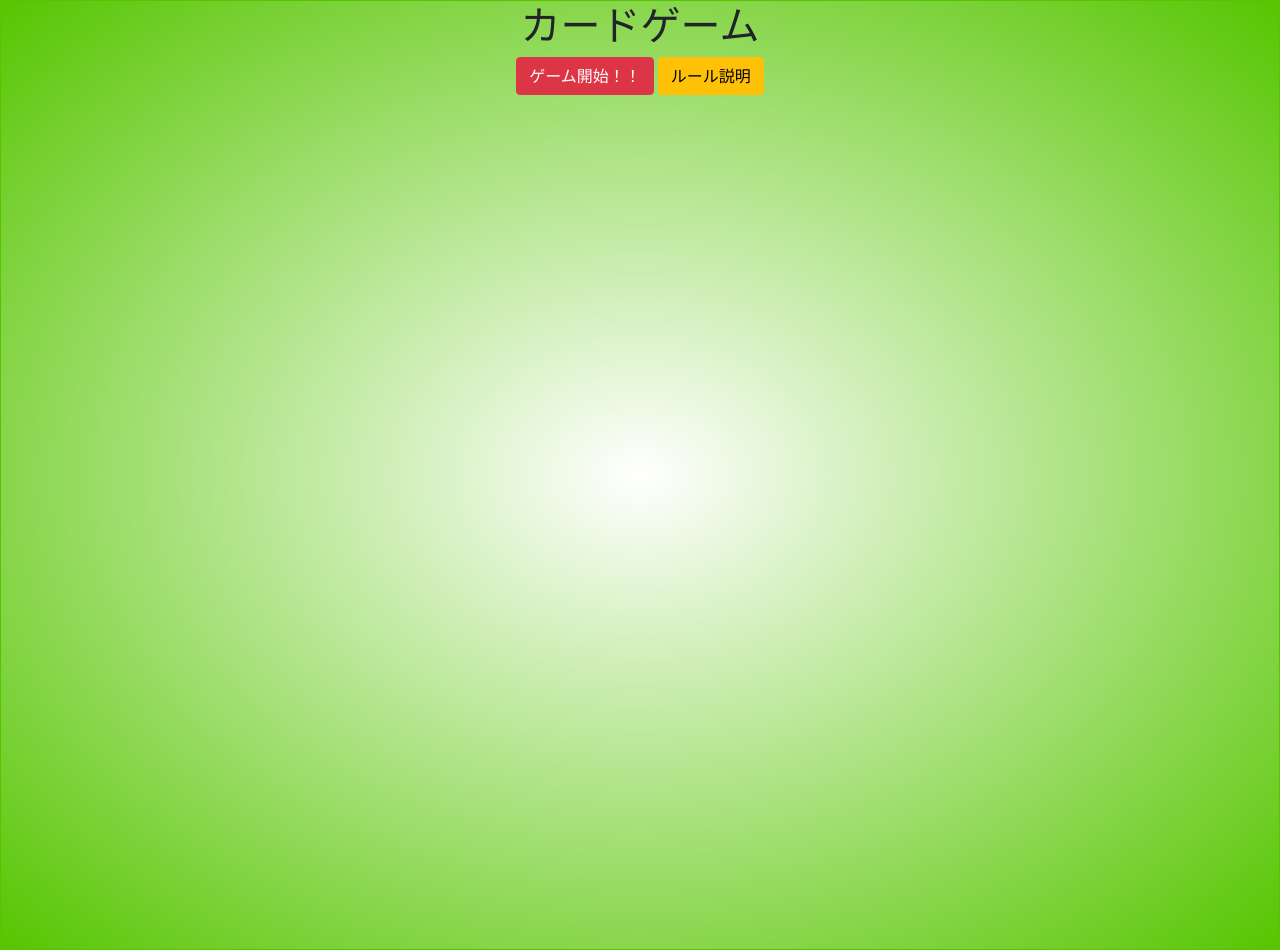
Repository: e1b21074/field_arena
Page: .log/field_arena/src/main/resources/static/index.html
The author's editor kept a copy of each file at every save. The page is drawn from the files as they stood at one save, then again after the next save.
The browser window is 1280 px wide. The pictures show the whole page.

Above is the page before, as saved 2024-01-06 00:16:26.

After the next save:
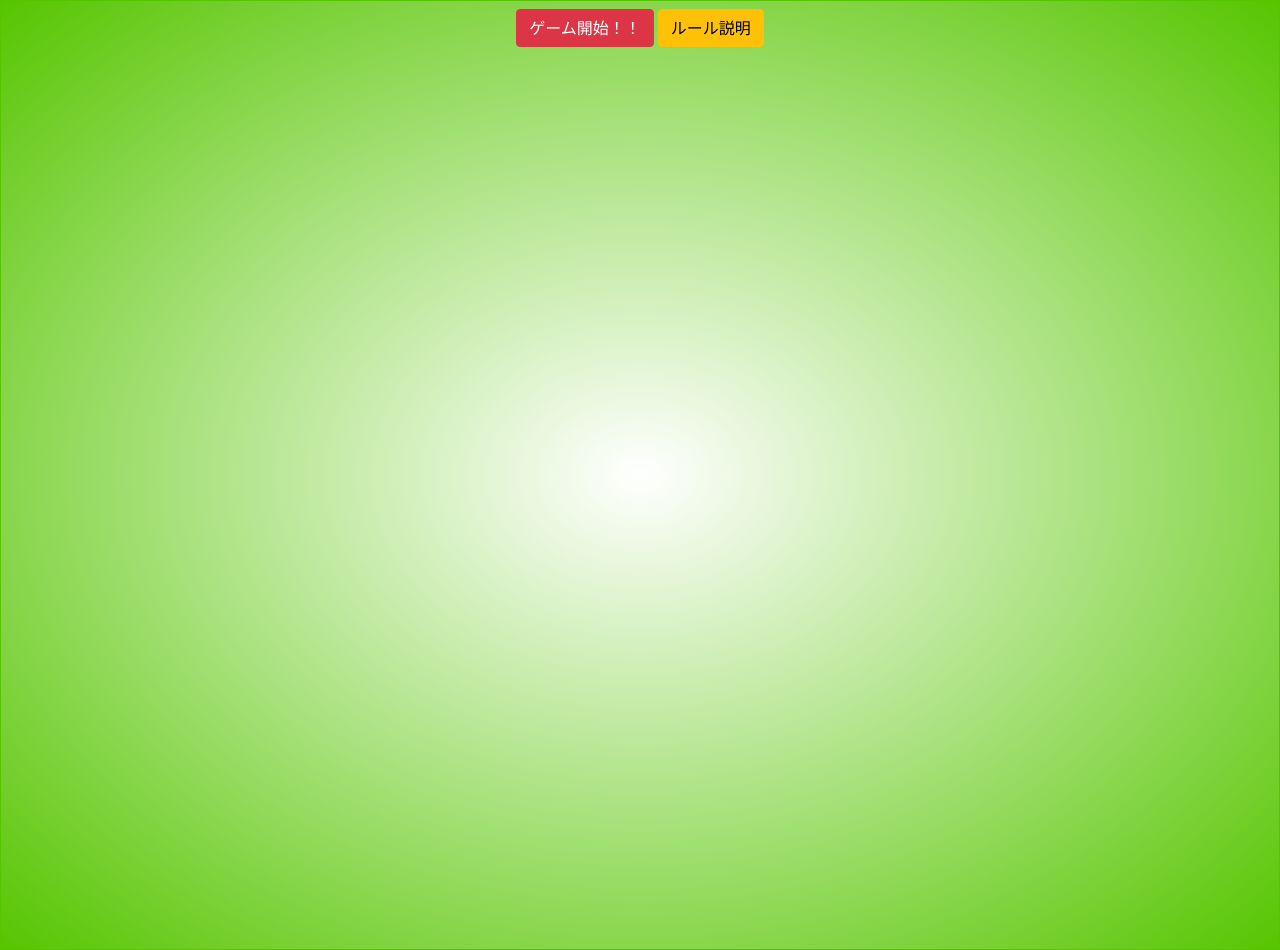
Saved 3 days later.
--- a/.log/field_arena/src/main/resources/static/index.html
+++ b/.log/field_arena/src/main/resources/static/index.html
@@ -21,7 +21,7 @@
 
 <body class="gradient">
   <center>
-    <h1>カードゲーム</h1>
+    <h1></h1>
     <button type="button" class="btn btn-danger" onclick="location.href='/gamearea'">ゲーム開始！！</button>
     <button type="button" class="btn btn-warning" onclick="location.href='/rule'">ルール説明</button>
   </center>
